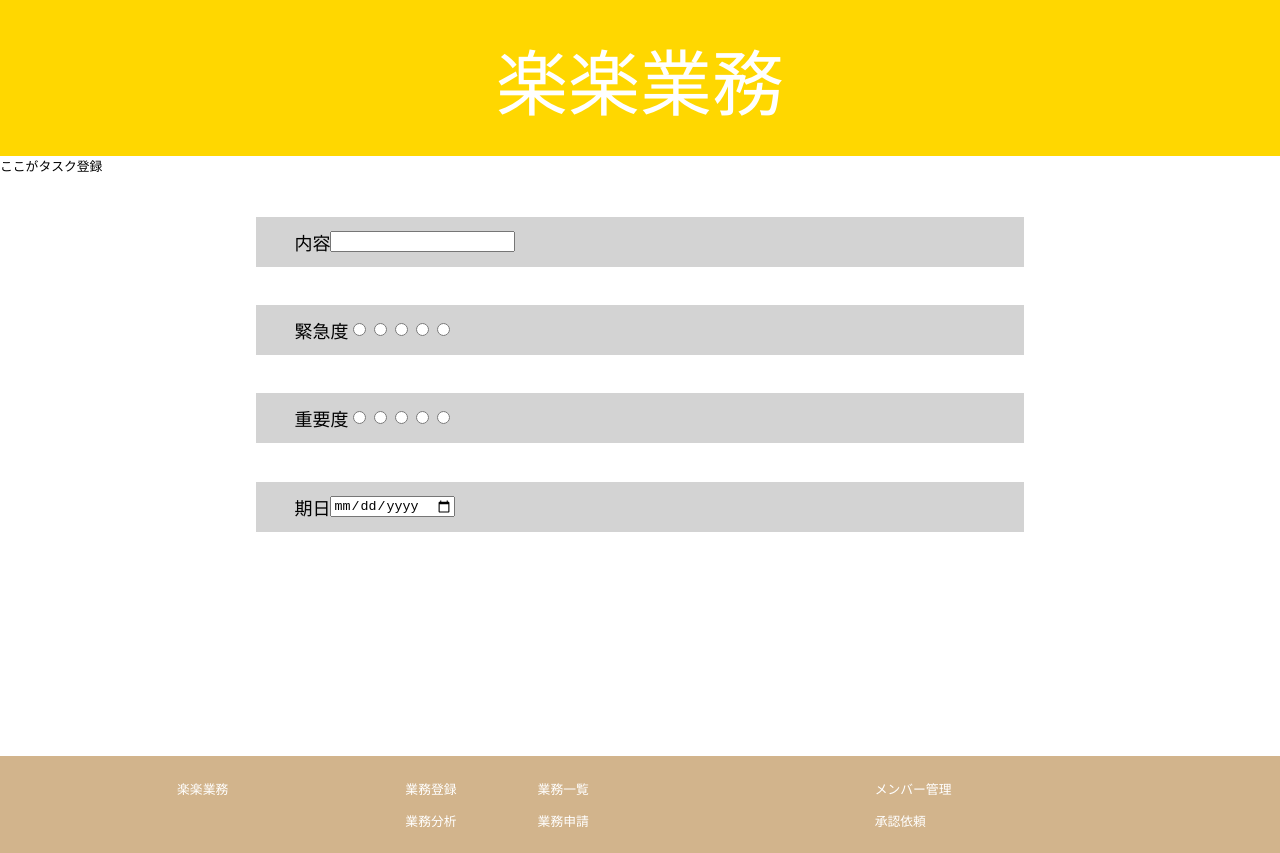
Repository: Reiya-1003/VueReplaceTask
Page: /#/register
These files come from the project's save history. The page is drawn as it stood at one moment and after the next save; the edit follows.
The browser window is 1280 px wide. The pictures show the whole page.
The project was rebuilt for these pictures with package versions that can differ from the ones it lists, and the page was loaded fresh each time. Also part of the build but not shown: vue.config.js, src/components/pages/PageHome.vue.

Above is the page before, as saved 2022-06-16 15:41:44.

### public/index.html
<!DOCTYPE html>
<html lang="">
  <head>
    <meta charset="utf-8">
    <meta http-equiv="X-UA-Compatible" content="IE=edge">
    <meta name="viewport" content="width=device-width,initial-scale=1.0">
    <link rel="icon" href="<%= BASE_URL %>favicon.ico">
    <link rel="stylesheet" href="style.css">
    <title><%= htmlWebpackPlugin.options.title %></title>
  </head>
  <body>
    <noscript>
      <strong>We're sorry but <%= htmlWebpackPlugin.options.title %> doesn't work properly without JavaScript enabled. Please enable it to continue.</strong>
    </noscript>
    <div id="app"></div>
    <!-- built files will be auto injected -->
  </body>
</html>

### src/main.js
import Vue from 'vue'
import App from './App.vue'
import router from './roter'

Vue.config.productionTip = false


new Vue({
  router,
  render: h => h(App),
}).$mount('#app')

### src/App.vue
<template>
  <div>
      <PageHeader />

        <!-- <PageHome /> -->
        <router-view />

      <PageFooter />
  </div>
</template>

<script>
import PageHeader from "./components/modules/PageHeader";
import PageFooter from "./components/modules/PageFooter";


export default {
  name: 'App',
  components: {
    PageHeader,
    PageFooter,


  },

}
</script>

<style>

</style>

### src/roter.js
import Vue from 'vue'
import VueRouter from 'vue-router'
import Home from '@/components/pages/PageHome.vue'
import Register from '@/components/pages/PageRegister.vue'




Vue.use(VueRouter)

export default new VueRouter({
  // デフォルトの挙動では URL に `#` が含まれる.
  // URL から hash を取り除くには `mode:history` を指定する
  // mode: 'history',
  base: __dirname,

  routes: [
    {
      path: '/',
      name: 'home',
      component: Home
    },
    {
      path: '/register',
      name: 'register',
      component: Register
    },



  ]

})

### src/components/modules/PageHeader.vue
<template>
  <header id="headerblock">

    <h1 id="title" ><router-link to="/" >楽楽業務</router-link></h1>


  </header>
</template>

<script>
export default {
  name: 'PageHeader',

}
</script>


<style lang="scss" type="text/css">
  #headerblock{
    height: 10%;
    width: 100%;
    background-color: #ffd700;
    h1{
      margin: 0;
      text-align: center;
      padding: 2%;
      color: white;
      font-size: 10vh;
      font-weight: normal;
      a{
      cursor: pointer;
      color: inherit;
      text-decoration: none;
    }
    }


  }
</style>

### src/components/modules/PageFooter.vue
<template>
  <div id="footblock">

    <div class="flexitem1">
      <p><router-link to="/" >楽楽業務</router-link></p>
    </div>
    <div class="flexitem2">
      <div>
        <!-- roter-linkになると思う -->
        <p><router-link to="/register">業務登録</router-link></p>
        <p>業務分析</p>
      </div>
      <div class="item">
        <p>業務一覧</p>
        <p>業務申請</p>
      </div>
    </div>
    <div class="flexitem3">
      <p>メンバー管理</p>
      <p>承認依頼</p>
    </div>


  </div>
</template>

<script>
export default {
  name: 'PageFooter',

}
</script>


<style lang="scss" type="text/css">
  #footblock{
    background-color: #d2b48c;
    color: white;
    display: flex;
    justify-content: space-around;

    .flexitem1{
      width: 100%;
      text-align: center;
      padding-top: 10px;
      padding-bottom: 10px;
      a{
      cursor: pointer;
      color: inherit;
      text-decoration: none;
      }
    }
    .flexitem2{
      width: 100%;
      display: flex;
      padding-top: 10px;
      padding-bottom: 10px;
      justify-content: flex-start;
      a{
      cursor: pointer;
      color: inherit;
      text-decoration: none;
      }
      .item{
        padding-left: 20%;
      }
    }
    .flexitem3{
      padding-top: 10px;
      padding-bottom: 10px;
      padding-left: 5%;
      width: 100%;
      a{
      cursor: pointer;
      color: inherit;
      text-decoration: none;
      }
    }
  }
</style>

### src/components/pages/PageRegister.vue
<template>
  <div style="height: 600px">
    <div>ここがタスク登録</div>

    <div class="listbox">
      <div class="listitem"><span class="itemtitle">内容</span><span class="item"><input type="text"></span></div>
      <div class="listitem"><span class="itemtitle">緊急度</span><span class="item"><input type="radio"><input type="radio"><input type="radio"><input type="radio"><input type="radio"></span></div>
      <div class="listitem"><span class="itemtitle">重要度</span><span class="item"><input type="radio"><input type="radio"><input type="radio"><input type="radio"><input type="radio"></span></div>
      <div class="listitem"><span class="itemtitle">期日</span><span class="item"><input type="date"></span></div>
    </div>

  </div>
</template>

<script>
export default {
  name: "PageRegister",
};
</script>

<style lang="scss" type="text/css">
.listbox {
  margin: 3px auto;
  height: 400px;
  width: 60%;
  display: flex;
  flex-direction: column;

  .listitem{
   height: 50px;
   display: flex;
   align-items: center;
   margin-top: 5%;
   background-color:lightgray;
   text-align: center;
   .itemtitle{
     margin-left: 5%;
     font-size: large;
     .item{
       margin-left: 20%;
     }

   }
  }




}
</style>

### public/style.css
body{
  margin: 0;
  font-size: 1vmax;
}

After the next save:
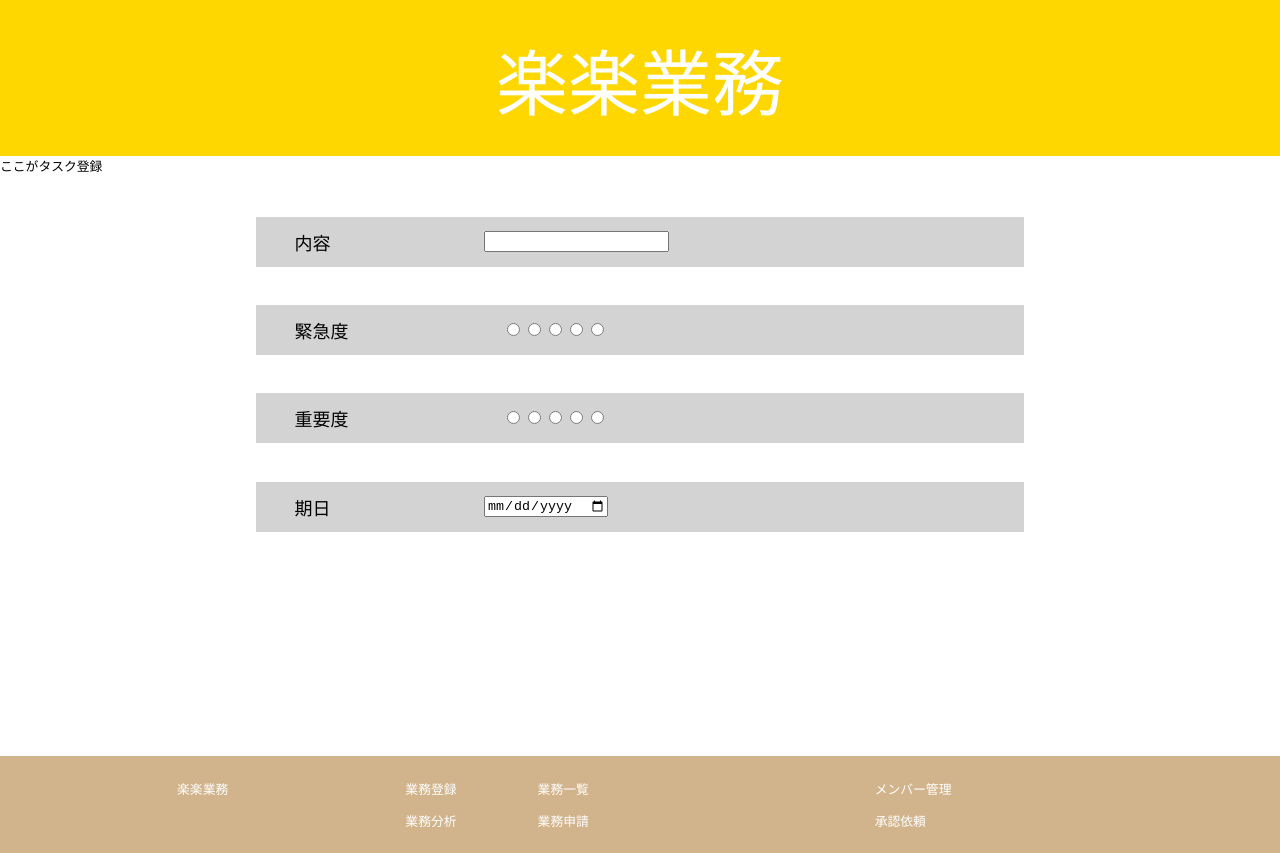
Saved 21 s later.
--- a/src/components/pages/PageRegister.vue
+++ b/src/components/pages/PageRegister.vue
@@ -36,11 +36,10 @@
    .itemtitle{
      margin-left: 5%;
      font-size: large;
-     .item{
+   }
+   .item{
        margin-left: 20%;
      }
-
-   }
   }
 
 

After the save that followed:
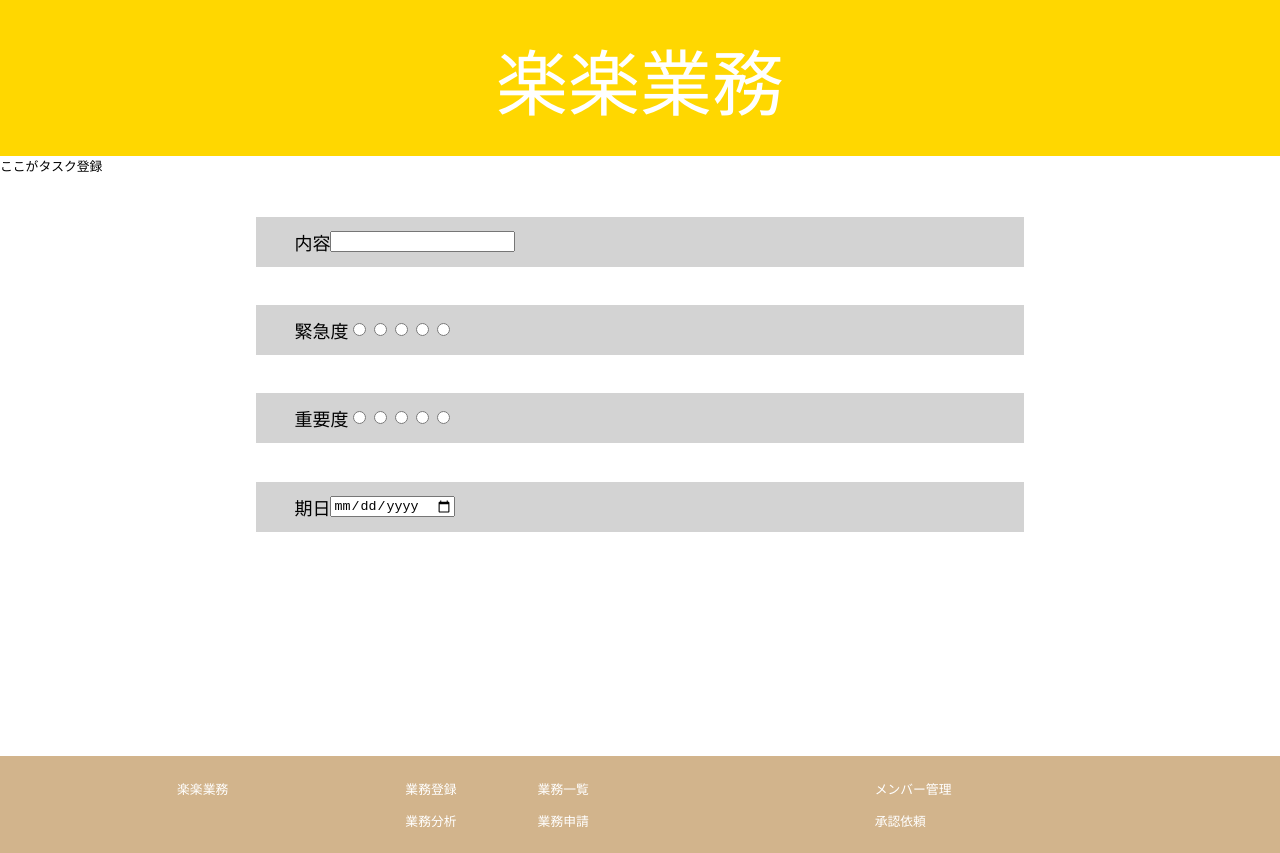
Saved 9 s later.
--- a/src/components/pages/PageRegister.vue
+++ b/src/components/pages/PageRegister.vue
@@ -38,7 +38,7 @@
      font-size: large;
    }
    .item{
-       margin-left: 20%;
+       align-items: center;
      }
   }
 
